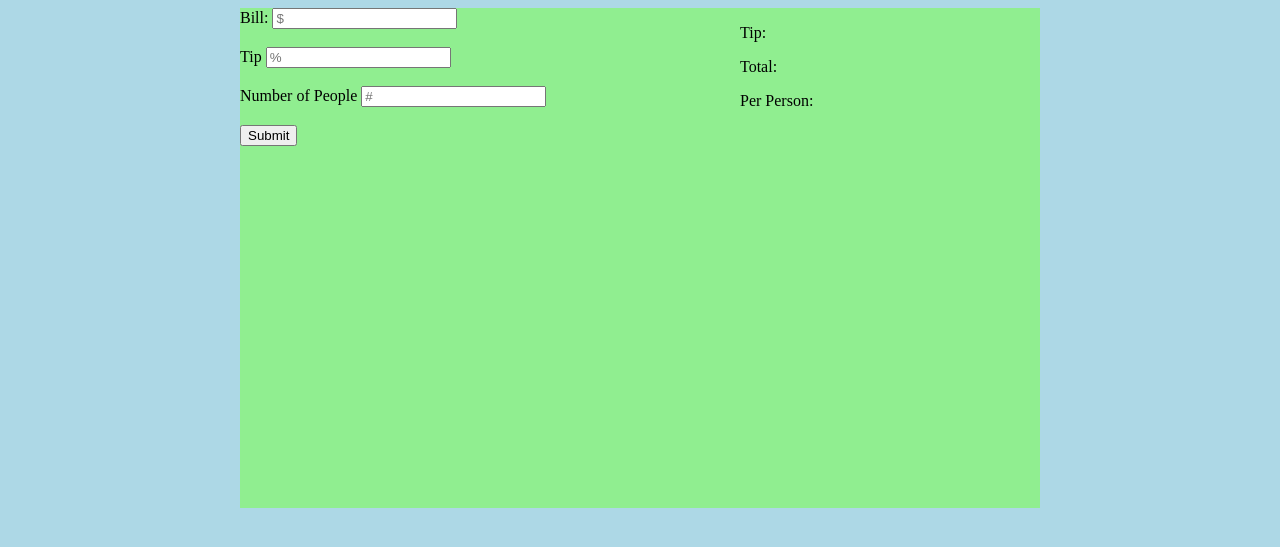
Repository: SamirIngley/Tip-Calculator
Page: tip_display.html
These files come from the project's save history. The page is drawn as it stood at one moment and after the next save; the edit follows.
The browser window is 1280 px wide. The pictures show the whole page.

Above is the page before, as saved 2020-02-13 09:31:12.

### tip_display.html
<!DOCTYPE html>
<html lang="en">
<head>
    <meta charset="UTF-8">
    <meta name="viewport" content="width=device-width, initial-scale=1.0">
    <meta http-equiv="X-UA-Compatible" content="ie=edge">
    <link href="style.css" rel="stylesheet">
    <title>Tip Calculator</title>
</head>
<body>

    <div class="main-content">
        <form id='form' class='form'>
            <div class='bill'>
                <label>Bill:</label>
                <input id='bill' type="number" name="bill" placeholder="$">
            </div>
            <br>
            <div class='tip'>
                <label>Tip</label>
                <input id='tip' type="number" name="tip" placeholder="%">
            </div>
            <br>
            <div class='numppl'>
                <label>Number of People</label>
                <input id='numppl' type="number" name="numppl" placeholder="#">
            </div>
            <br>
            <div class='submit'>
                <input type="submit" name="submit" value="Submit">
            </div>
        </form>


        <div>
            <p id='tip-display'>
                Tip:
            </p>

            <p id='total-display'>
                Total:
            </p>

            <p id='total-pp-display'>
                Per Person:
            </p>
        </div>

    </div>

</body>



    <script>

        const inputBill = document.getElementById('bill')
        const inputTip = document.getElementById('tip')
        const inputNumppl = document.getElementById('numppl')
        const form = document.getElementById('form')
        const displayTip = document.getElementById('tip-display')
        const displayTotal = document.getElementById('total-display')
        const displayTotalPP = document.getElementById('total-pp-display')


        function calculateTip() {

            const bill = parseInt(inputBill.value)
            const people = inputNumppl.value
            const percent = inputTip.value
            const tip = bill * percent / 100
            const total = bill + tip
            const totalPP = total / people
            console.log(bill)
            console.log(percent)
            console.log(total)
            console.log(tip)
            console.log(people)
            console.log(totalPP)

            displayTip.innerHTML = `Tip: $${tip.toFixed(2)}`
            displayTotal.innerHTML = `Total: $${total.toFixed(2)}`
            displayTotalPP.innerHTML = `Per Person: $${totalPP.toFixed(2)}`
        }



        form.addEventListener("submit", function(e) {
            e.preventDefault()
            calculateTip()
        })

        // inputBill.addEventListnener('change', function(e) {
        //     console.log(inputBill.value)
        //     const newBillAMount = parseFloat(e.target.value)

        // })

    </script>



</body>
</html>

### style.css
body {
    background-color: lightblue;
    justify-content: center;
    align-items: center;
    /* margin: 100px; */
    /* padding: 100px; */
    display: flex;
}

div.main-content {
    background-color: lightgreen;
    display: grid;
    grid-template-columns: 500px 300px;
    grid-template-rows: 25% 100px auto;
    height: 500px;
    width: 800px;
    grid-template-areas: "b ."
                         "t ."
                         "n ."
                         "s ."

}


/*
.main-content>form {
    display: block;
    font-family: Arial, Helvetica, sans-serif;
    text-align: center;
    margin: 10px;
    padding: 50px;
} */


.form bill {
    grid-area: b;
}

.form tip {
    grid-area: t;
}

.form numppl {
    grid-area: n;
}

.form submit {
    grid-area: s;
}

After the next save:
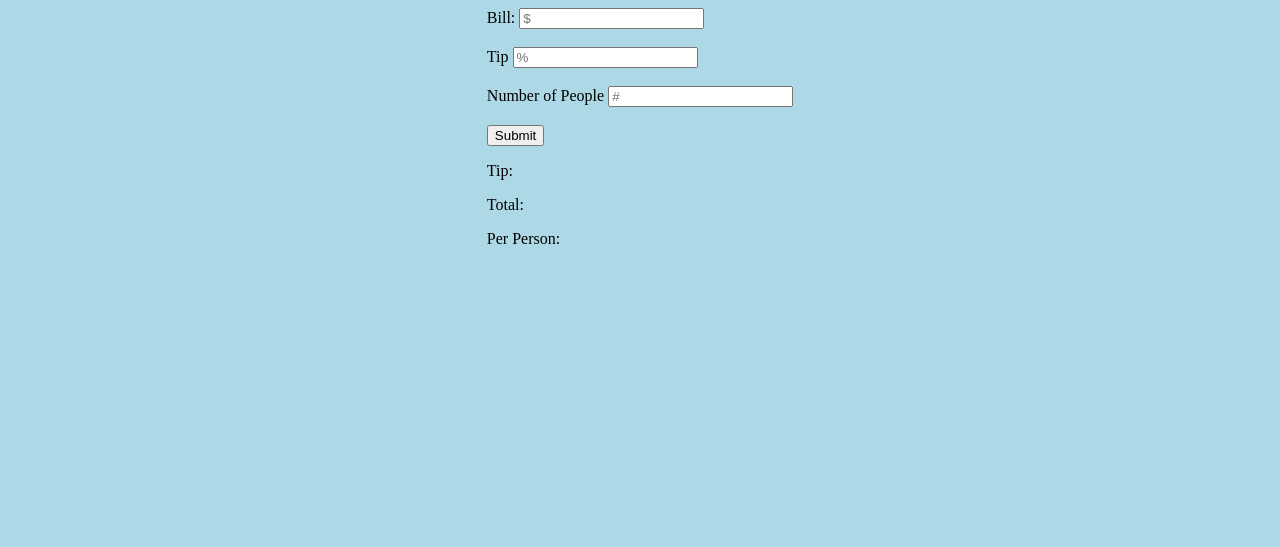
Saved 3 min 28 s later.
--- a/tip_display.html
+++ b/tip_display.html
@@ -9,7 +9,7 @@
 </head>
 <body>
 
-    <div class="main-content">
+    <div class="wrapper">
         <form id='form' class='form'>
             <div class='bill'>
                 <label>Bill:</label>

After the save that followed:
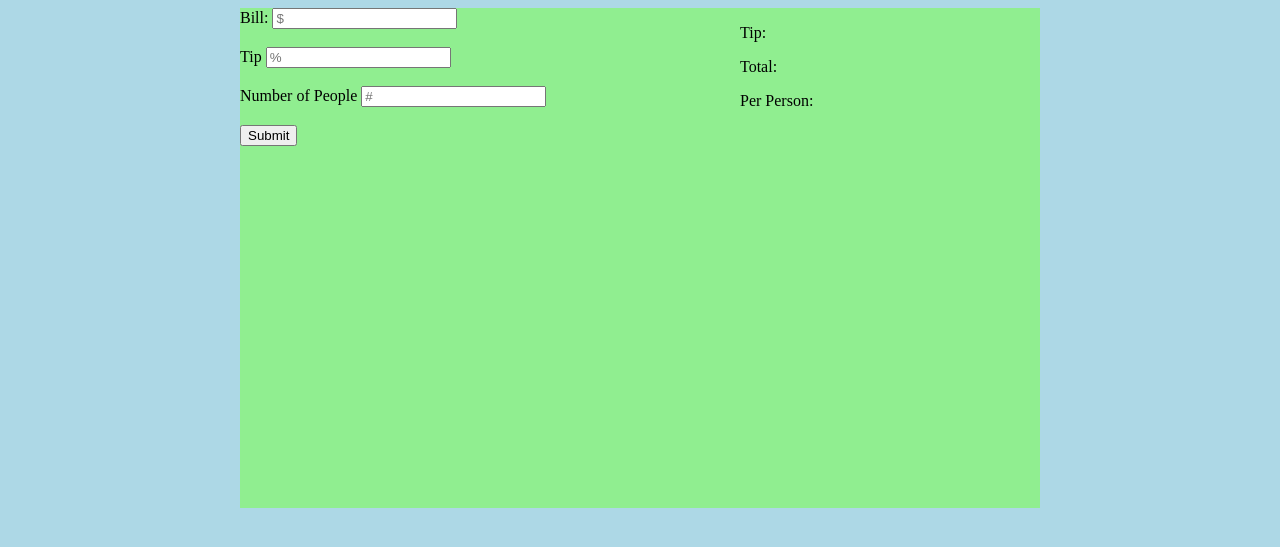
Saved 11 s later.
--- a/style.css
+++ b/style.css
@@ -7,7 +7,7 @@ body {
     display: flex;
 }
 
-div.main-content {
+div.wrapper {
     background-color: lightgreen;
     display: grid;
     grid-template-columns: 500px 300px;
@@ -23,7 +23,7 @@ div.main-content {
 
 
 /*
-.main-content>form {
+.wrapper>form {
     display: block;
     font-family: Arial, Helvetica, sans-serif;
     text-align: center;
